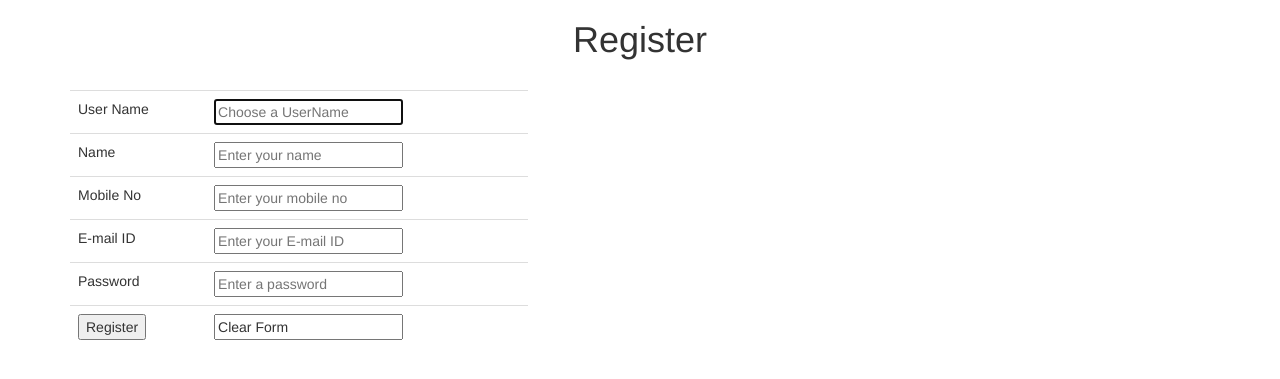
Repository: Kaustubh-Kallianpur/Practise-Programs
Page: http://localhost/pureJDBC/register.jsp
An editor plug-in stored every save of this project. The page is shown before and after the next save, followed by the edit.
The browser window is 1280 px wide. The pictures show the whole page.
The page is served by Tomcat 9.

Above is the page before, as saved 2017-04-05 07:57:16.

After the next save:
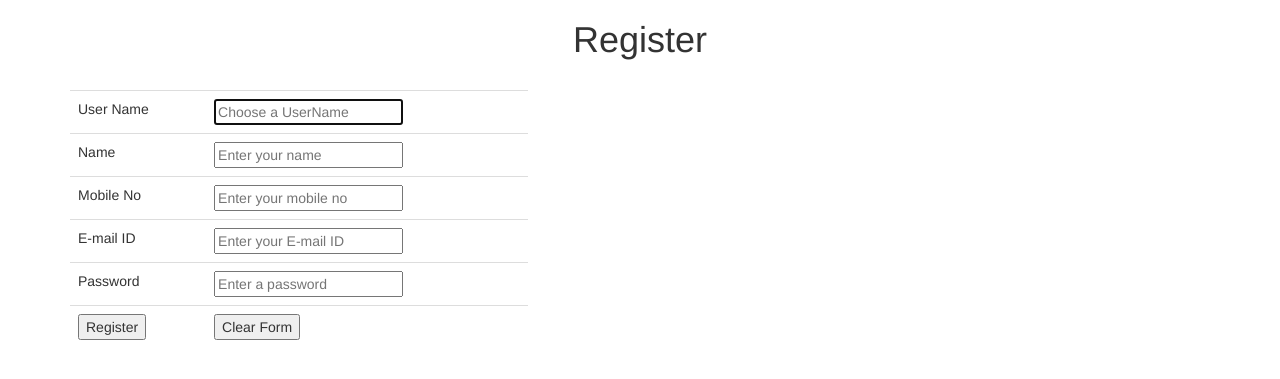
Saved 8 s later.
--- a/pureJDBC/WebContent/register.jsp
+++ b/pureJDBC/WebContent/register.jsp
@@ -39,7 +39,7 @@
 					</tr>
 					<tr>
 						<td><input type="submit" value="Register"></td>
-						<td><input type="clear" value="Clear Form"></td>
+						<td><input type="reset" value="Clear Form"></td>
 					</tr>
 				</table>
 			</form>
